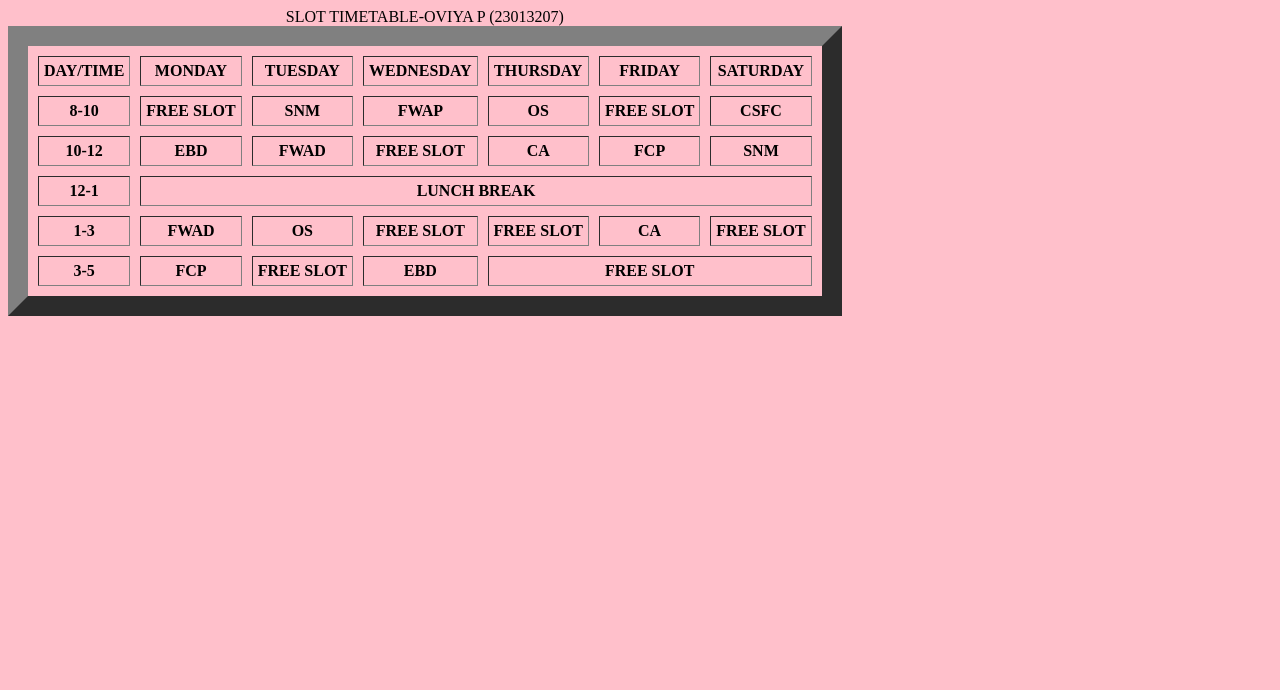
Repository: Oviya24032K6/slot
Page: oviya/static/time.html
An editor plug-in stored every save of this project. The page is shown before and after the next save, followed by the edit.
The browser window is 1280 px wide. The pictures show the whole page.

Above is the page before, as saved 2024-03-13 15:17:43.

### oviya/static/time.html
<html>
    <head>
        <title>SLOT TIMETABLE-OVIYA P (23013207)</title>
    </head>
    <body bgcolor="pink" align="center" >
    <table align="left" border="20" cellspacing="10" cellpadding="5">
    <caption>SLOT TIMETABLE-OVIYA P (23013207)</caption>
        <tr>
            <th>DAY/TIME</th>
            <th>MONDAY</th>
            <th>TUESDAY</th>
            <th>WEDNESDAY</th>
            <th>THURSDAY</th>
            <th>FRIDAY</th>
            <th>SATURDAY</th>
        </tr>
        <tr>
            <th>8-10</th>
            <th>FREE SLOT</th>
            <th>SNM</th>
            <th>FWAP</th>
            <th>OS</th>
            <th>FREE SLOT</th>
            <th>CSFC</th>
        </tr>
        <tr>
            <th>10-12</th>
            <th>EBD</th>
            <th>FWAD</th>
            <th>FREE SLOT</th>
            <th>CA</th>
            <th>FCP</th>
            <th>SNM</th>
        </tr>
        <tr>
            <th>12-1</th>
            <th colspan="6">LUNCH BREAK</th>
        </tr>
        <tr>
            <th>1-3</th>
            <th>FWAD</th>
            <th>OS</th>
            <th>FREE SLOT</th>
            <th>FREE SLOT</th>
            <th>CA</th>
            <th>FREE SLOT</th>
        </tr>
        <tr>
            <th>3-5</th>
            <th>FCP</th>
            <th>FREE SLOT</th>
            <th>EBD</th>
            <th colspan="4">FREE SLOT</th>

        </tr>
</html>
</html>

After the next save:
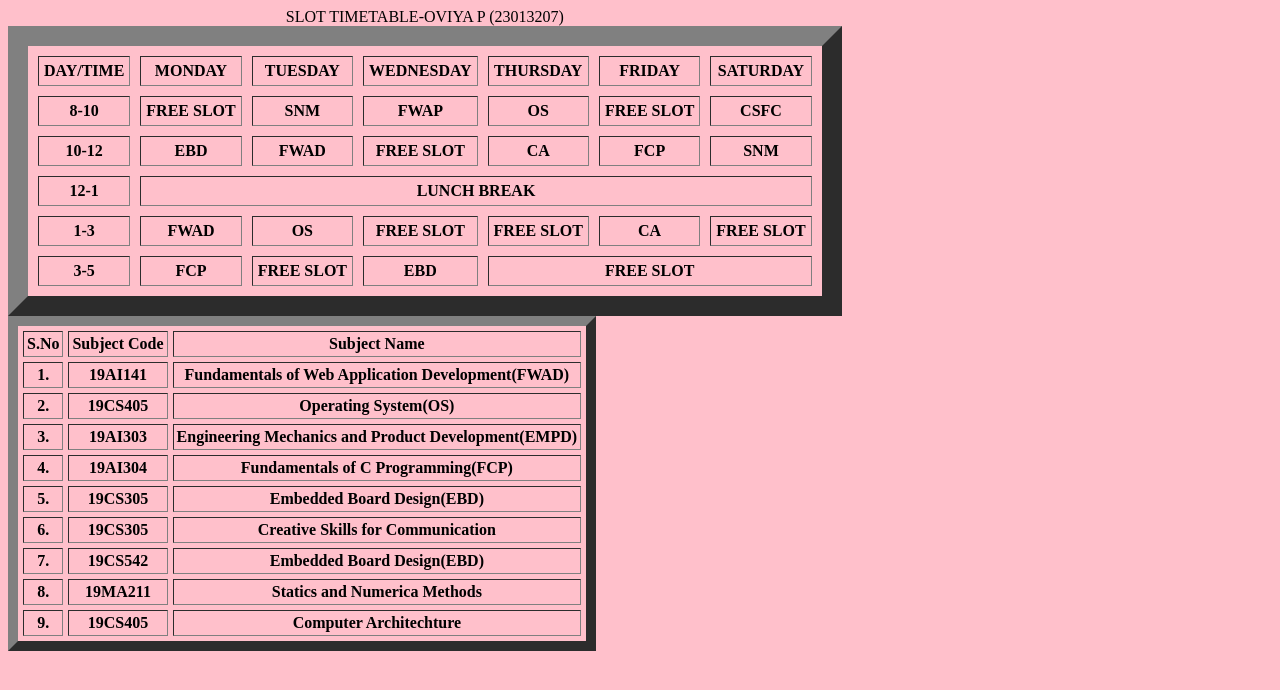
Saved 16 min 52 s later.
--- a/oviya/static/time.html
+++ b/oviya/static/time.html
@@ -51,7 +51,58 @@
             <th>FREE SLOT</th>
             <th>EBD</th>
             <th colspan="4">FREE SLOT</th>
-
         </tr>
+    <table align="left" border="10" cellspacing="5" cellpadding="3">
+        <tr>
+            <th>S.No</th>
+            <th>Subject Code</th>
+            <th>Subject Name</th>
+        </tr>
+        <tr>
+            <th>1.</th>
+            <th>19AI141</th>
+            <th>Fundamentals of Web Application Development(FWAD)</th>
+        </tr>
+        <tr>
+            <th>2.</th>
+            <th>19CS405</th>
+            <th>Operating System(OS)</th>
+        </tr>
+        <tr>
+            <th>3.</th>
+            <th>19AI303</th>
+            <th>Engineering Mechanics and Product Development(EMPD)</th>
+        </tr>
+        <tr>
+            <th>4.</th>
+            <th>19AI304</th>
+            <th>Fundamentals of C Programming(FCP)</th>
+        </tr>
+        <tr>
+            <th>5.</th>
+            <th>19CS305</th>
+            <th>Embedded Board Design(EBD)</th>
+        </tr>
+        <tr>
+            <th>6.</th>
+            <th>19CS305</th>
+            <th>Creative Skills for Communication</th>
+        </tr>
+        <tr>
+            <th>7.</th>
+            <th>19CS542</th>
+            <th>Embedded Board Design(EBD)</th>
+        </tr>
+        <tr>
+            <th>8.</th>
+            <th>19MA211</th>
+            <th>Statics and Numerica Methods</th>
+        </tr>
+        <tr>
+            <th>9.</th>
+            <th>19CS405</th>
+            <th>Computer Architechture</th>
+        </tr>
+    </table>
 </html>
 </html>
